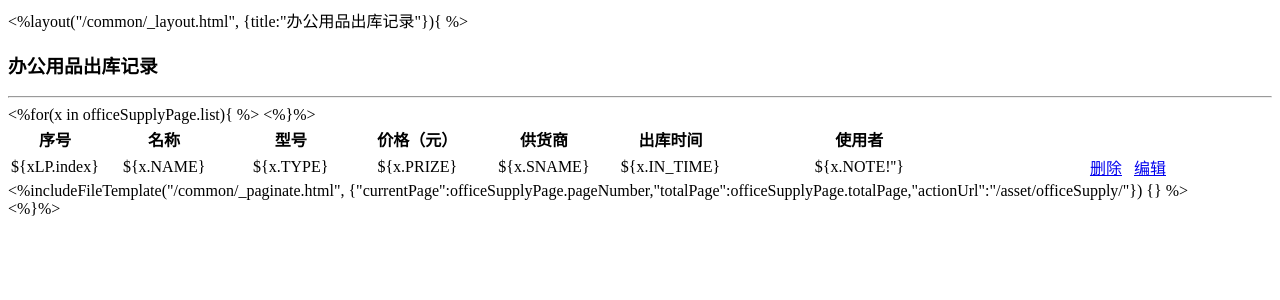
Repository: GaoChengliang/summerTask
Page: Campus_gcl/WebRoot/asset_management/office_supply/out_record.html
These files come from the project's save history. The page is drawn as it stood at one moment and after the next save; the edit follows.
The browser window is 1280 px wide. The pictures show the whole page.

Above is the page before, as saved 2015-07-28 06:27:26.

### Campus_gcl/WebRoot/asset_management/office_supply/out_record.html
<%layout("/common/_layout.html", {title:"办公用品出库记录"}){ %>
<div>

	<div class="masthead">
			<h3 class="muted">办公用品出库记录</h3>
	</div>
	<hr/>
    <div>
        <table class="table table-hover">
            <thead>
            <tr>
                <th hidden="true"></th>
                <th style="text-align:center; width:5%">序号</th>
                <th style="text-align:center; width:10%">名称</th>
                <th style="text-align:center; width:10%">型号</th>
                <th style="text-align:center; width:10%">价格（元）</th>
                <th style="text-align:center; width:10%">供货商</th>
                <th style="text-align:center; width:10%">出库时间</th>
                <th style="text-align:center; width:20%">使用者</th>
            </tr>
            </thead>
			<tbody>
           <%for(x in officeSupplyPage.list){ %>
                <tr>
                    <td style="text-align:center;" hidden="true">${x.ID}</td>
                    <td style="text-align:center;">${xLP.index}</td>
                    <td style="text-align:center;">${x.NAME}</td>
                    <td style="text-align:center;">${x.TYPE}</td>
                    <td style="text-align:center;">${x.PRIZE}</td>
                    <td style="text-align:center;">${x.SNAME}</td>
                    <td style="text-align:center;">${x.IN_TIME}</td>
                    <td style="text-align:center;">${x.NOTE!''}</td>
                    <td style="text-align:center;">
                        <a href="/asset/officeSupply/delete/${x.ID}">删除</a>
                        &nbsp;&nbsp;<a href="/asset/officeSupply/edit/${x.ID}">编辑</a>
                    </td>
                </tr>
            <%}%>
            </tbody>
        </table>
       	<%includeFileTemplate("/common/_paginate.html",
		{"currentPage":officeSupplyPage.pageNumber,"totalPage":officeSupplyPage.totalPage,"actionUrl":"/asset/officeSupply/"}) {}
	    %>
    </div>
</div>
<%}%>

After the next save:
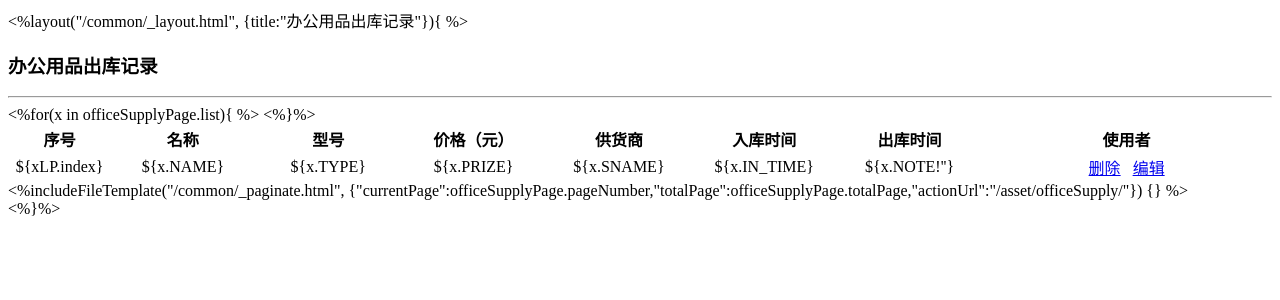
Saved 42 s later.
--- a/Campus_gcl/WebRoot/asset_management/office_supply/out_record.html
+++ b/Campus_gcl/WebRoot/asset_management/office_supply/out_record.html
@@ -9,12 +9,12 @@
         <table class="table table-hover">
             <thead>
             <tr>
-                <th hidden="true"></th>
                 <th style="text-align:center; width:5%">序号</th>
                 <th style="text-align:center; width:10%">名称</th>
                 <th style="text-align:center; width:10%">型号</th>
                 <th style="text-align:center; width:10%">价格（元）</th>
                 <th style="text-align:center; width:10%">供货商</th>
+                <th style="text-align:center; width:10%">入库时间</th>
                 <th style="text-align:center; width:10%">出库时间</th>
                 <th style="text-align:center; width:20%">使用者</th>
             </tr>
